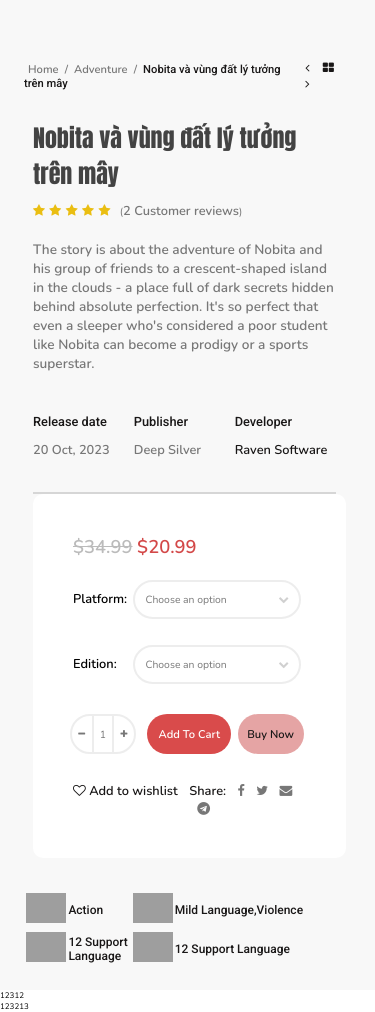
Repository: NguyenDinhThuyVy/TestWebsite
Page: detail.html
The author's editor kept a copy of each file at every save. The page is drawn from the files as they stood at one save, then again after the next save.
The browser window is 375 px wide. The pictures show the part of the page from y = 600 to 1612 px (the page is 1612 px tall).
Pictures or frames that could not be fetched are drawn as grey boxes. Some web fonts or font styles are not loaded; a fallback is used.

Above is the page before, as saved 2023-09-30 21:58:18.

After the next save:
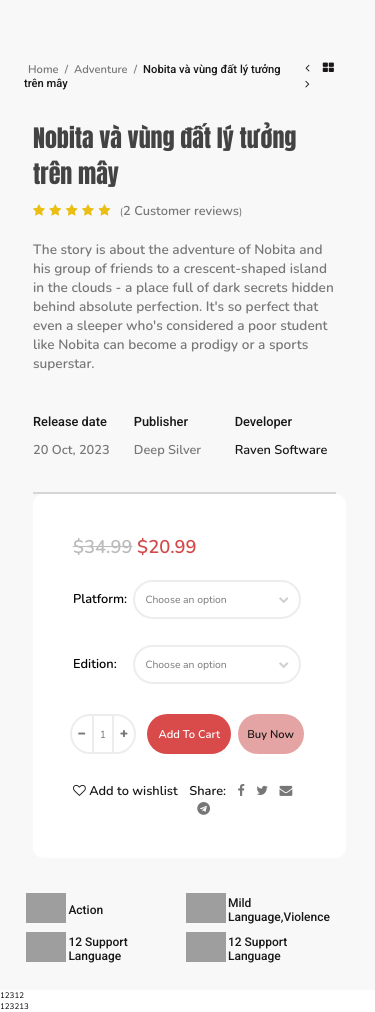
Saved 5 s later.
--- a/style.css
+++ b/style.css
@@ -527,7 +527,7 @@ html {
   .product-content .footer-content .footer-detail {
     width: 100%;
     display: grid;
-    grid-template-columns: 1fr 2fr;
+    grid-template-columns: 1fr 1fr;
     height: auto;
     overflow: hidden;
   }
